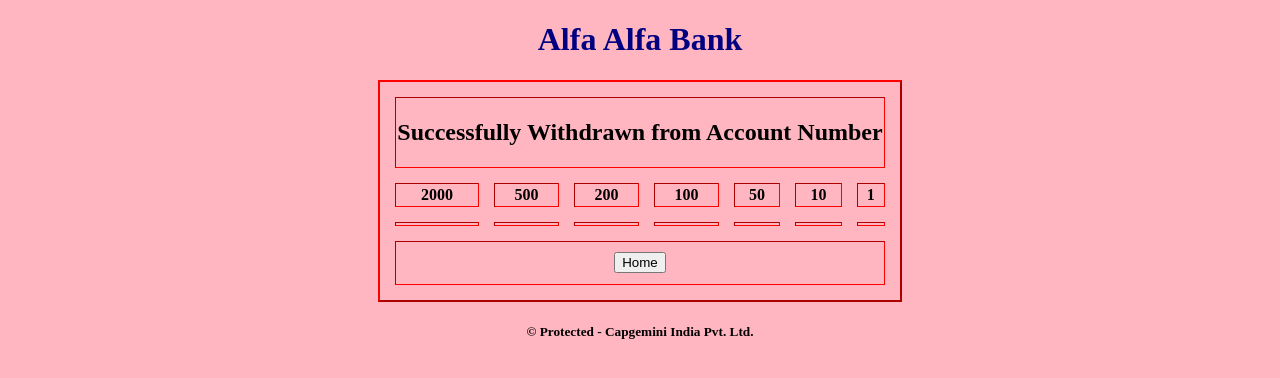
Repository: Rccalfa123/OnlineBankingApp
Page: http://localhost/AlfaAlfaBankApp/withdrawSuccess.jsp
An editor plug-in stored every save of this project. The page is shown before and after the next save, followed by the edit.
The browser window is 1280 px wide. The pictures show the whole page.
The page is served by Tomcat 9. Other server files are loaded and not shown.

Above is the page before, as saved 2018-08-13 10:36:21.

### AlfaAlfaBankApp/WebContent/withdrawSuccess.jsp
<%@ page language="java" contentType="text/html; charset=ISO-8859-1"
	pageEncoding="ISO-8859-1"%>
<%@taglib prefix="alfa" uri="http://java.sun.com/jsp/jstl/core"%>

<!DOCTYPE html>
<html>
<head>

<link rel="stylesheet" type="text/css" href="mystyle.css">

<meta charset="ISO-8859-1">
<title>Insert title here</title>
</head>
<body>

	<jsp:include page="header.jsp"></jsp:include>

	<form action="home.jsp" method="get">

		<div>
			<table cellspacing="15" align="center" border="2">
				<tr>
					<th colspan="7" height="35"><h2>Successfully Withdrawn
							${sessionScope.accountInWithdraw} from Account Number
							${sessionScope.amountInWithdraw}</h2></th>
				</tr>

				<tr>
					<th height="20">2000</th>
					<th height="20">500</th>
					<th height="20">200</th>
					<th height="20">100</th>
					<th height="20">50</th>
					<th height="20">10</th>
					<th height="20">1</th>
				</tr>
				<tr>
					<td align="center">${sessionScope.denomination.get(2000)}</td>
					<td align="center">${sessionScope.denomination.get(500)}</td>
					<td align="center">${sessionScope.denomination.get(200)}</td>
					<td align="center">${sessionScope.denomination.get(100)}</td>
					<td align="center">${sessionScope.denomination.get(50)}</td>
					<td align="center">${sessionScope.denomination.get(10)}</td>
					<td align="center">${sessionScope.denomination.get(1)}</td>
				</tr>
				<tr>
					<th colspan="7" height="40"><input type="submit" value="Home"></th>
				</tr>
			</table>
		</div>

	</form>
	<jsp:include page="footer.html"></jsp:include>


</body>
</html>

### AlfaAlfaBankApp/WebContent/header.jsp
<%@taglib prefix="jstl" uri="http://java.sun.com/jsp/jstl/core" %>
<div align="center">
	<h1>Alfa Alfa Bank</h1>
</div>

### AlfaAlfaBankApp/WebContent/footer.html
<div align="center">
<h5>&copy; Protected - Capgemini India Pvt. Ltd.</h5>
</div>

### AlfaAlfaBankApp/WebContent/mystyle.css
@charset "ISO-8859-1";

body {
    background-color: lightpink;
}

h1 {
    color: navy;
}

td{

 font-family: sans-serif;

}

table {
	border-color: red;
	border-right: 2px 2px 2px 2px ;
}

a{
	text-decoration: none;
	color: green;
}

After the next save:
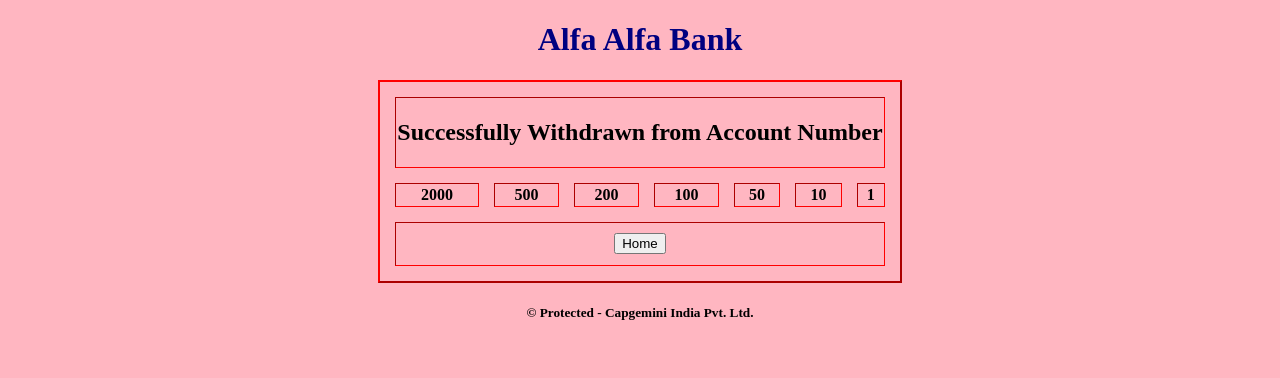
Saved 21 min 39 s later.
--- a/AlfaAlfaBankApp/WebContent/withdrawSuccess.jsp
+++ b/AlfaAlfaBankApp/WebContent/withdrawSuccess.jsp
@@ -34,15 +34,7 @@
 					<th height="20">10</th>
 					<th height="20">1</th>
 				</tr>
-				<tr>
-					<td align="center">${sessionScope.denomination.get(2000)}</td>
-					<td align="center">${sessionScope.denomination.get(500)}</td>
-					<td align="center">${sessionScope.denomination.get(200)}</td>
-					<td align="center">${sessionScope.denomination.get(100)}</td>
-					<td align="center">${sessionScope.denomination.get(50)}</td>
-					<td align="center">${sessionScope.denomination.get(10)}</td>
-					<td align="center">${sessionScope.denomination.get(1)}</td>
-				</tr>
+
 				<tr>
 					<th colspan="7" height="40"><input type="submit" value="Home"></th>
 				</tr>
